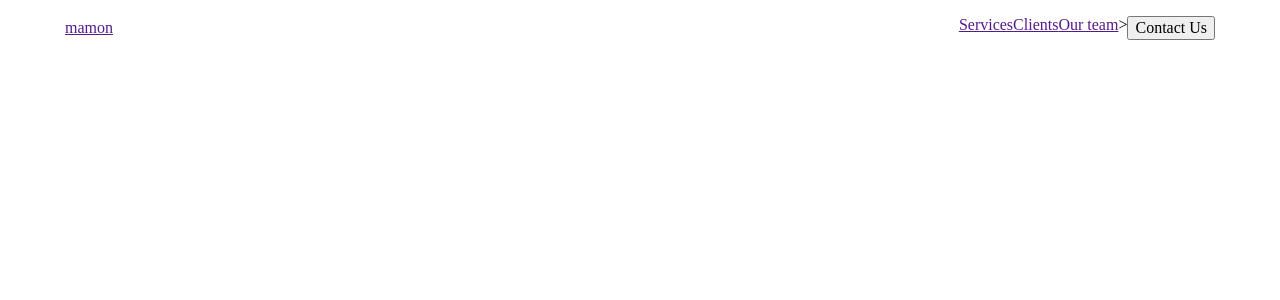
Repository: Vitalii23081984/testHGC
Page: index.html
An editor plug-in stored every save of this project. The page is shown before and after the next save, followed by the edit.
The browser window is 1280 px wide. The pictures show the whole page.

Above is the page before, as saved 2022-11-20 09:31:43.

After the next save:
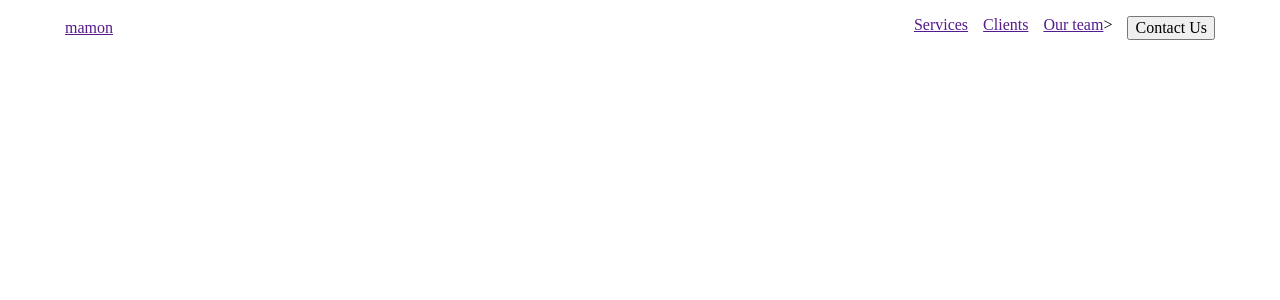
Saved 92 s later.
--- a/css/style.css
+++ b/css/style.css
@@ -18,3 +18,6 @@
     justify-content: flex-start;
 
 }
+.nav>li {
+    margin-left: 15px;
+}
